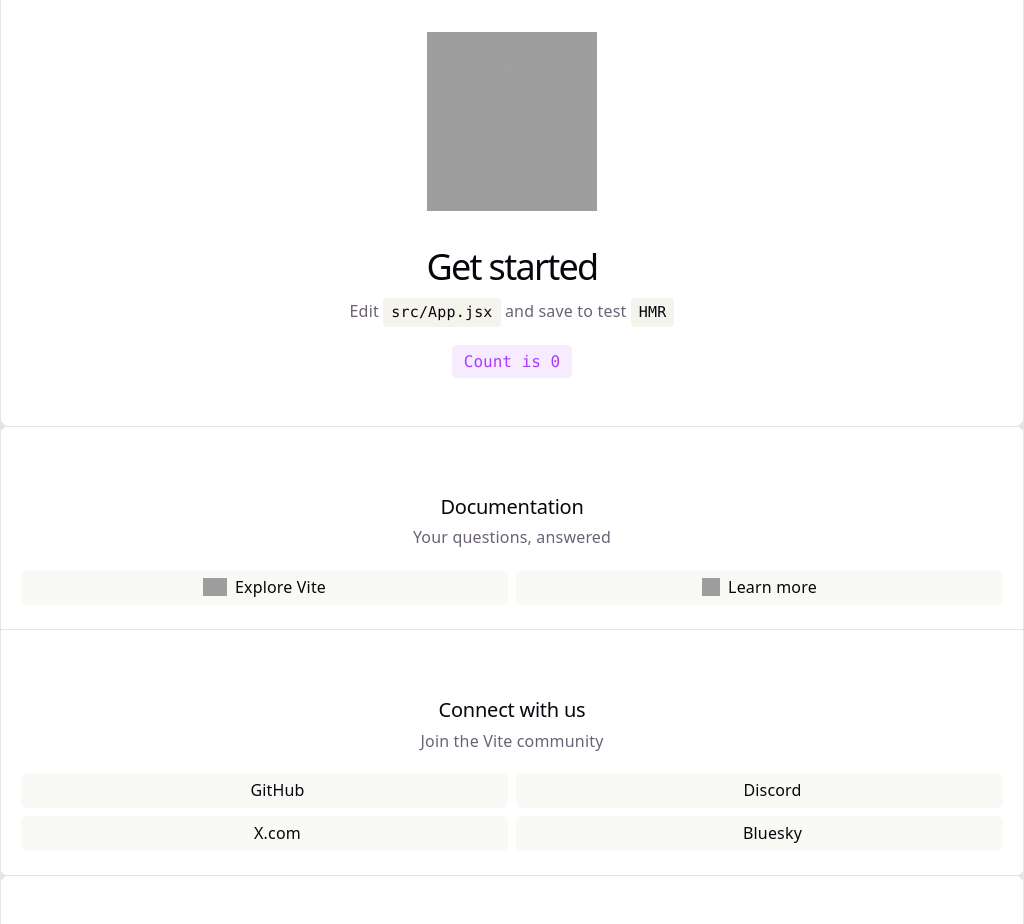
Repository: PoppyHanna/goit-neo-react-hw-module5
Page: /movies
These files come from the project's save history. The page is drawn as it stood at one moment and after the next save; the edit follows.
The browser window is 1024 px wide. The pictures show the whole page.
Pictures or frames that could not be fetched are drawn as grey boxes. The project was rebuilt for these pictures with package versions that can differ from the ones it lists, and the page was loaded fresh each time. Also part of the build but not shown: vite.config.js.

Above is the page before, as saved 2026-06-28 15:51:59.

### index.html
<!doctype html>
<html lang="en">
  <head>
    <meta charset="UTF-8" />
    <link rel="icon" type="image/svg+xml" href="/favicon.svg" />
    <meta name="viewport" content="width=device-width, initial-scale=1.0" />
    <title>goit-neo-react-hw-module5</title>
  </head>
  <body>
    <div id="root"></div>
    <script type="module" src="/src/main.jsx"></script>
  </body>
</html>

### src/main.jsx
import React from "react";
import ReactDOM from "react-dom/client";
import { BrowserRouter } from "react-router-dom";
import "./index.css";
import App from "./App.jsx";

ReactDOM.createRoot(document.getElementById("root")).render(
  <React.StrictMode>
    <BrowserRouter>
      <App />
    </BrowserRouter>
  </React.StrictMode>
);

### src/index.css
:root {
  --text: #6b6375;
  --text-h: #08060d;
  --bg: #fff;
  --border: #e5e4e7;
  --code-bg: #f4f3ec;
  --accent: #aa3bff;
  --accent-bg: rgba(170, 59, 255, 0.1);
  --accent-border: rgba(170, 59, 255, 0.5);
  --social-bg: rgba(244, 243, 236, 0.5);
  --shadow:
    rgba(0, 0, 0, 0.1) 0 10px 15px -3px, rgba(0, 0, 0, 0.05) 0 4px 6px -2px;

  --sans: system-ui, 'Segoe UI', Roboto, sans-serif;
  --heading: system-ui, 'Segoe UI', Roboto, sans-serif;
  --mono: ui-monospace, Consolas, monospace;

  font: 18px/145% var(--sans);
  letter-spacing: 0.18px;
  color-scheme: light dark;
  color: var(--text);
  background: var(--bg);
  font-synthesis: none;
  text-rendering: optimizeLegibility;
  -webkit-font-smoothing: antialiased;
  -moz-osx-font-smoothing: grayscale;

  @media (max-width: 1024px) {
    font-size: 16px;
  }
}

@media (prefers-color-scheme: dark) {
  :root {
    --text: #9ca3af;
    --text-h: #f3f4f6;
    --bg: #16171d;
    --border: #2e303a;
    --code-bg: #1f2028;
    --accent: #c084fc;
    --accent-bg: rgba(192, 132, 252, 0.15);
    --accent-border: rgba(192, 132, 252, 0.5);
    --social-bg: rgba(47, 48, 58, 0.5);
    --shadow:
      rgba(0, 0, 0, 0.4) 0 10px 15px -3px, rgba(0, 0, 0, 0.25) 0 4px 6px -2px;
  }

  #social .button-icon {
    filter: invert(1) brightness(2);
  }
}

body {
  margin: 0;
}

#root {
  width: 1126px;
  max-width: 100%;
  margin: 0 auto;
  text-align: center;
  border-inline: 1px solid var(--border);
  min-height: 100svh;
  display: flex;
  flex-direction: column;
  box-sizing: border-box;
}

h1,
h2 {
  font-family: var(--heading);
  font-weight: 500;
  color: var(--text-h);
}

h1 {
  font-size: 56px;
  letter-spacing: -1.68px;
  margin: 32px 0;
  @media (max-width: 1024px) {
    font-size: 36px;
    margin: 20px 0;
  }
}
h2 {
  font-size: 24px;
  line-height: 118%;
  letter-spacing: -0.24px;
  margin: 0 0 8px;
  @media (max-width: 1024px) {
    font-size: 20px;
  }
}
p {
  margin: 0;
}

code,
.counter {
  font-family: var(--mono);
  display: inline-flex;
  border-radius: 4px;
  color: var(--text-h);
}

code {
  font-size: 15px;
  line-height: 135%;
  padding: 4px 8px;
  background: var(--code-bg);
}

### src/App.jsx
import { useState } from 'react'
import reactLogo from './assets/react.svg'
import viteLogo from './assets/vite.svg'
import heroImg from './assets/hero.png'
import './App.css'

function App() {
  const [count, setCount] = useState(0)

  return (
    <>
      <section id="center">
        <div className="hero">
          <img src={heroImg} className="base" width="170" height="179" alt="" />
          <img src={reactLogo} className="framework" alt="React logo" />
          <img src={viteLogo} className="vite" alt="Vite logo" />
        </div>
        <div>
          <h1>Get started</h1>
          <p>
            Edit <code>src/App.jsx</code> and save to test <code>HMR</code>
          </p>
        </div>
        <button
          type="button"
          className="counter"
          onClick={() => setCount((count) => count + 1)}
        >
          Count is {count}
        </button>
      </section>

      <div className="ticks"></div>

      <section id="next-steps">
        <div id="docs">
          <svg className="icon" role="presentation" aria-hidden="true">
            <use href="/icons.svg#documentation-icon"></use>
          </svg>
          <h2>Documentation</h2>
          <p>Your questions, answered</p>
          <ul>
            <li>
              <a href="https://vite.dev/" target="_blank">
                <img className="logo" src={viteLogo} alt="" />
                Explore Vite
              </a>
            </li>
            <li>
              <a href="https://react.dev/" target="_blank">
                <img className="button-icon" src={reactLogo} alt="" />
                Learn more
              </a>
            </li>
          </ul>
        </div>
        <div id="social">
          <svg className="icon" role="presentation" aria-hidden="true">
            <use href="/icons.svg#social-icon"></use>
          </svg>
          <h2>Connect with us</h2>
          <p>Join the Vite community</p>
          <ul>
            <li>
              <a href="https://github.com/vitejs/vite" target="_blank">
                <svg
                  className="button-icon"
                  role="presentation"
                  aria-hidden="true"
                >
                  <use href="/icons.svg#github-icon"></use>
                </svg>
                GitHub
              </a>
            </li>
            <li>
              <a href="https://chat.vite.dev/" target="_blank">
                <svg
                  className="button-icon"
                  role="presentation"
                  aria-hidden="true"
                >
                  <use href="/icons.svg#discord-icon"></use>
                </svg>
                Discord
              </a>
            </li>
            <li>
              <a href="https://x.com/vite_js" target="_blank">
                <svg
                  className="button-icon"
                  role="presentation"
                  aria-hidden="true"
                >
                  <use href="/icons.svg#x-icon"></use>
                </svg>
                X.com
              </a>
            </li>
            <li>
              <a href="https://bsky.app/profile/vite.dev" target="_blank">
                <svg
                  className="button-icon"
                  role="presentation"
                  aria-hidden="true"
                >
                  <use href="/icons.svg#bluesky-icon"></use>
                </svg>
                Bluesky
              </a>
            </li>
          </ul>
        </div>
      </section>

      <div className="ticks"></div>
      <section id="spacer"></section>
    </>
  )
}

export default App

### src/App.css
.counter {
  font-size: 16px;
  padding: 5px 10px;
  border-radius: 5px;
  color: var(--accent);
  background: var(--accent-bg);
  border: 2px solid transparent;
  transition: border-color 0.3s;
  margin-bottom: 24px;

  &:hover {
    border-color: var(--accent-border);
  }
  &:focus-visible {
    outline: 2px solid var(--accent);
    outline-offset: 2px;
  }
}

.hero {
  position: relative;

  .base,
  .framework,
  .vite {
    inset-inline: 0;
    margin: 0 auto;
  }

  .base {
    width: 170px;
    position: relative;
    z-index: 0;
  }

  .framework,
  .vite {
    position: absolute;
  }

  .framework {
    z-index: 1;
    top: 34px;
    height: 28px;
    transform: perspective(2000px) rotateZ(300deg) rotateX(44deg) rotateY(39deg)
      scale(1.4);
  }

  .vite {
    z-index: 0;
    top: 107px;
    height: 26px;
    width: auto;
    transform: perspective(2000px) rotateZ(300deg) rotateX(40deg) rotateY(39deg)
      scale(0.8);
  }
}

#center {
  display: flex;
  flex-direction: column;
  gap: 25px;
  place-content: center;
  place-items: center;
  flex-grow: 1;

  @media (max-width: 1024px) {
    padding: 32px 20px 24px;
    gap: 18px;
  }
}

#next-steps {
  display: flex;
  border-top: 1px solid var(--border);
  text-align: left;

  & > div {
    flex: 1 1 0;
    padding: 32px;
    @media (max-width: 1024px) {
      padding: 24px 20px;
    }
  }

  .icon {
    margin-bottom: 16px;
    width: 22px;
    height: 22px;
  }

  @media (max-width: 1024px) {
    flex-direction: column;
    text-align: center;
  }
}

#docs {
  border-right: 1px solid var(--border);

  @media (max-width: 1024px) {
    border-right: none;
    border-bottom: 1px solid var(--border);
  }
}

#next-steps ul {
  list-style: none;
  padding: 0;
  display: flex;
  gap: 8px;
  margin: 32px 0 0;

  .logo {
    height: 18px;
  }

  a {
    color: var(--text-h);
    font-size: 16px;
    border-radius: 6px;
    background: var(--social-bg);
    display: flex;
    padding: 6px 12px;
    align-items: center;
    gap: 8px;
    text-decoration: none;
    transition: box-shadow 0.3s;

    &:hover {
      box-shadow: var(--shadow);
    }
    .button-icon {
      height: 18px;
      width: 18px;
    }
  }

  @media (max-width: 1024px) {
    margin-top: 20px;
    flex-wrap: wrap;
    justify-content: center;

    li {
      flex: 1 1 calc(50% - 8px);
    }

    a {
      width: 100%;
      justify-content: center;
      box-sizing: border-box;
    }
  }
}

#spacer {
  height: 88px;
  border-top: 1px solid var(--border);
  @media (max-width: 1024px) {
    height: 48px;
  }
}

.ticks {
  position: relative;
  width: 100%;

  &::before,
  &::after {
    content: '';
    position: absolute;
    top: -4.5px;
    border: 5px solid transparent;
  }

  &::before {
    left: 0;
    border-left-color: var(--border);
  }
  &::after {
    right: 0;
    border-right-color: var(--border);
  }
}

After the next save:
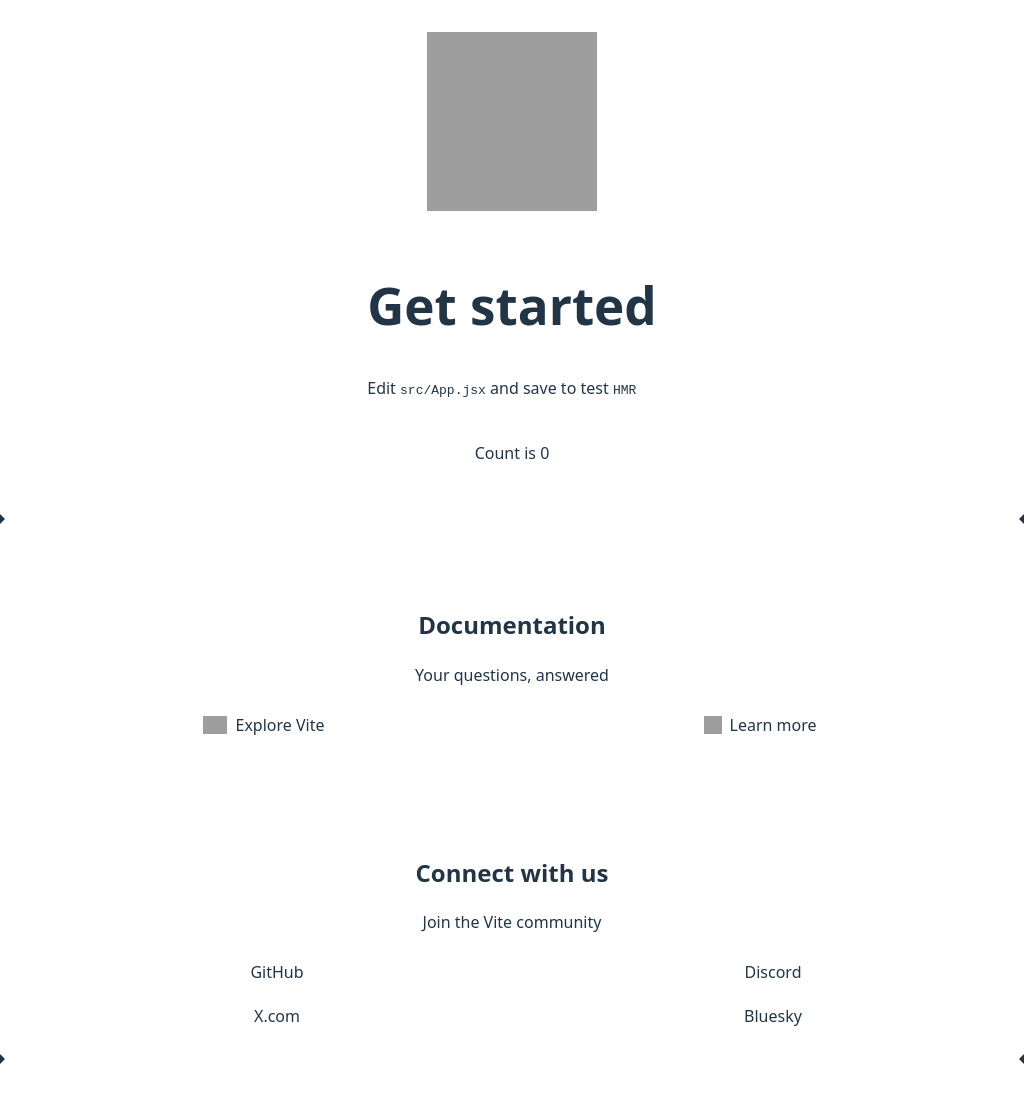
Saved 40 s later.
--- a/src/index.css
+++ b/src/index.css
@@ -1,111 +1,68 @@
 :root {
-  --text: #6b6375;
-  --text-h: #08060d;
-  --bg: #fff;
-  --border: #e5e4e7;
-  --code-bg: #f4f3ec;
-  --accent: #aa3bff;
-  --accent-bg: rgba(170, 59, 255, 0.1);
-  --accent-border: rgba(170, 59, 255, 0.5);
-  --social-bg: rgba(244, 243, 236, 0.5);
-  --shadow:
-    rgba(0, 0, 0, 0.1) 0 10px 15px -3px, rgba(0, 0, 0, 0.05) 0 4px 6px -2px;
+  font-family: system-ui, Avenir, Helvetica, Arial, sans-serif;
+  line-height: 1.5;
+  font-weight: 400;
 
-  --sans: system-ui, 'Segoe UI', Roboto, sans-serif;
-  --heading: system-ui, 'Segoe UI', Roboto, sans-serif;
-  --mono: ui-monospace, Consolas, monospace;
+  color-scheme: light dark;
+  color: rgba(255, 255, 255, 0.87);
+  background-color: #ffffff;
 
-  font: 18px/145% var(--sans);
-  letter-spacing: 0.18px;
-  color-scheme: light dark;
-  color: var(--text);
-  background: var(--bg);
   font-synthesis: none;
   text-rendering: optimizeLegibility;
   -webkit-font-smoothing: antialiased;
   -moz-osx-font-smoothing: grayscale;
-
-  @media (max-width: 1024px) {
-    font-size: 16px;
-  }
 }
 
-@media (prefers-color-scheme: dark) {
-  :root {
-    --text: #9ca3af;
-    --text-h: #f3f4f6;
-    --bg: #16171d;
-    --border: #2e303a;
-    --code-bg: #1f2028;
-    --accent: #c084fc;
-    --accent-bg: rgba(192, 132, 252, 0.15);
-    --accent-border: rgba(192, 132, 252, 0.5);
-    --social-bg: rgba(47, 48, 58, 0.5);
-    --shadow:
-      rgba(0, 0, 0, 0.4) 0 10px 15px -3px, rgba(0, 0, 0, 0.25) 0 4px 6px -2px;
-  }
-
-  #social .button-icon {
-    filter: invert(1) brightness(2);
-  }
+a {
+  font-weight: 500;
+  color: #646cff;
+  text-decoration: inherit;
+}
+a:hover {
+  color: #535bf2;
 }
 
 body {
-  margin: 0;
-}
-
-#root {
-  width: 1126px;
-  max-width: 100%;
   margin: 0 auto;
-  text-align: center;
-  border-inline: 1px solid var(--border);
-  min-height: 100svh;
-  display: flex;
-  flex-direction: column;
-  box-sizing: border-box;
-}
-
-h1,
-h2 {
-  font-family: var(--heading);
-  font-weight: 500;
-  color: var(--text-h);
+  /* display: flex;
+  justify-content: center; */
+  height: 100vh;
+  width: 100%;
 }
 
 h1 {
-  font-size: 56px;
-  letter-spacing: -1.68px;
-  margin: 32px 0;
-  @media (max-width: 1024px) {
-    font-size: 36px;
-    margin: 20px 0;
+  font-size: 3.2em;
+  line-height: 1.1;
+}
+
+button {
+  border-radius: 8px;
+  border: 1px solid transparent;
+  padding: 0.6em 1.2em;
+  font-size: 1em;
+  font-weight: 500;
+  font-family: inherit;
+  background-color: #1a1a1a;
+  cursor: pointer;
+  transition: border-color 0.25s;
+}
+button:hover {
+  border-color: #646cff;
+}
+button:focus,
+button:focus-visible {
+  outline: 4px auto -webkit-focus-ring-color;
+}
+
+@media (prefers-color-scheme: light) {
+  :root {
+    color: #213547;
+    background-color: #ffffff;
+  }
+  a:hover {
+    color: #747bff;
+  }
+  button {
+    background-color: #f9f9f9;
   }
 }
-h2 {
-  font-size: 24px;
-  line-height: 118%;
-  letter-spacing: -0.24px;
-  margin: 0 0 8px;
-  @media (max-width: 1024px) {
-    font-size: 20px;
-  }
-}
-p {
-  margin: 0;
-}
-
-code,
-.counter {
-  font-family: var(--mono);
-  display: inline-flex;
-  border-radius: 4px;
-  color: var(--text-h);
-}
-
-code {
-  font-size: 15px;
-  line-height: 135%;
-  padding: 4px 8px;
-  background: var(--code-bg);
-}
